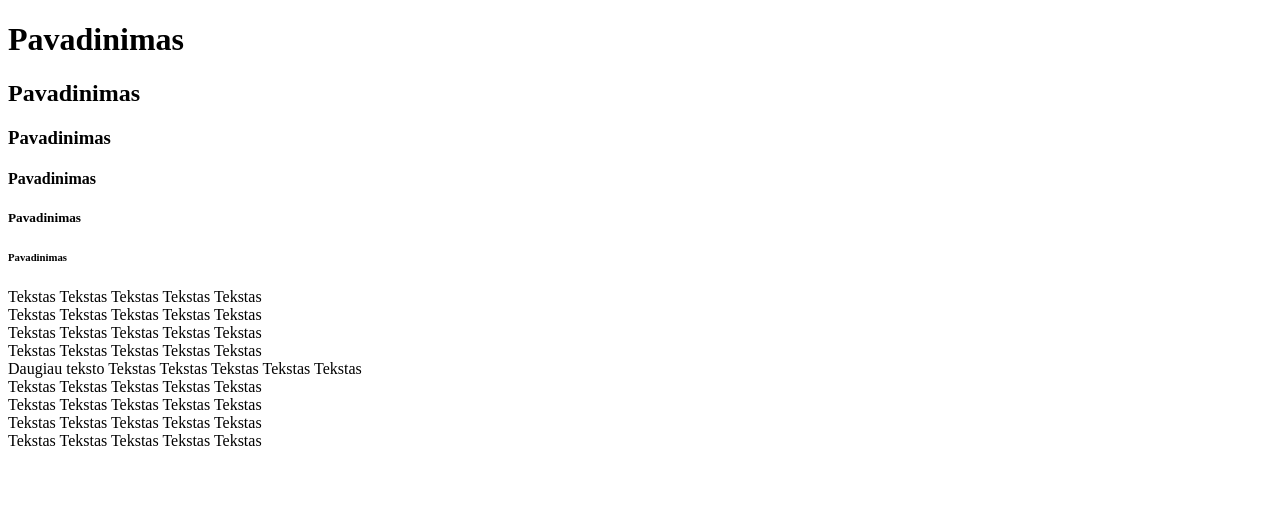
Repository: motiejus1/01-paskait
Page: pirmas.html
An editor plug-in stored every save of this project. The page is shown before and after the next save, followed by the edit.
The browser window is 1280 px wide. The pictures show the whole page.

Above is the page before, as saved 2021-05-31 20:26:00.

After the next save:
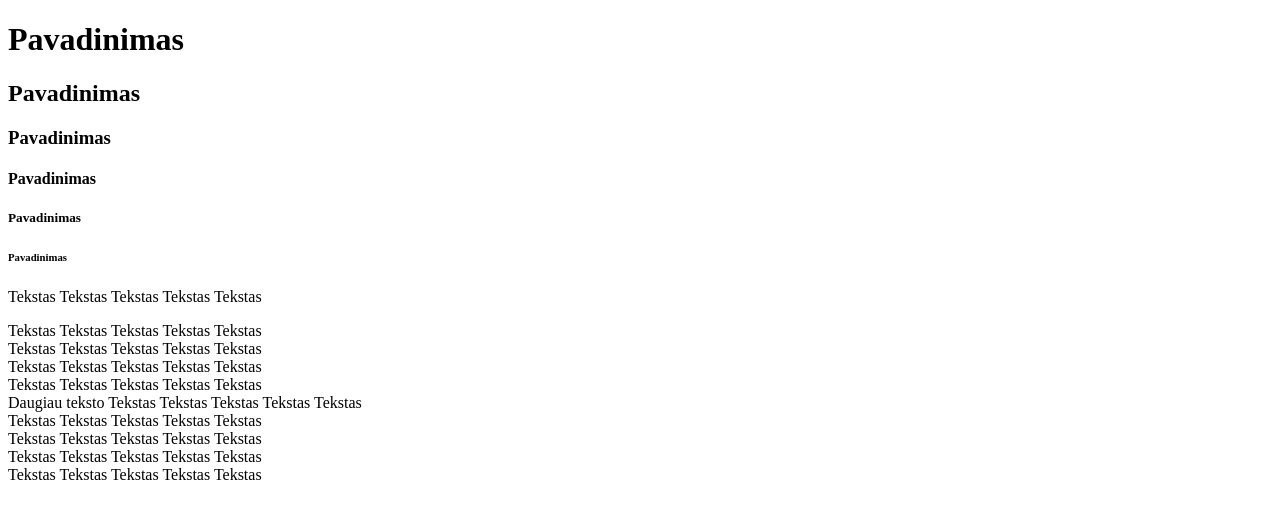
Saved 16 s later.
--- a/pirmas.html
+++ b/pirmas.html
@@ -17,7 +17,7 @@
         <h5>Pavadinimas</h5>
         <h6>Pavadinimas</h6>
 
-        <p></p>
+        <p>Tekstas Tekstas Tekstas Tekstas Tekstas</p>
 
         Tekstas Tekstas Tekstas Tekstas Tekstas<br>
         Tekstas Tekstas Tekstas Tekstas Tekstas<br>
